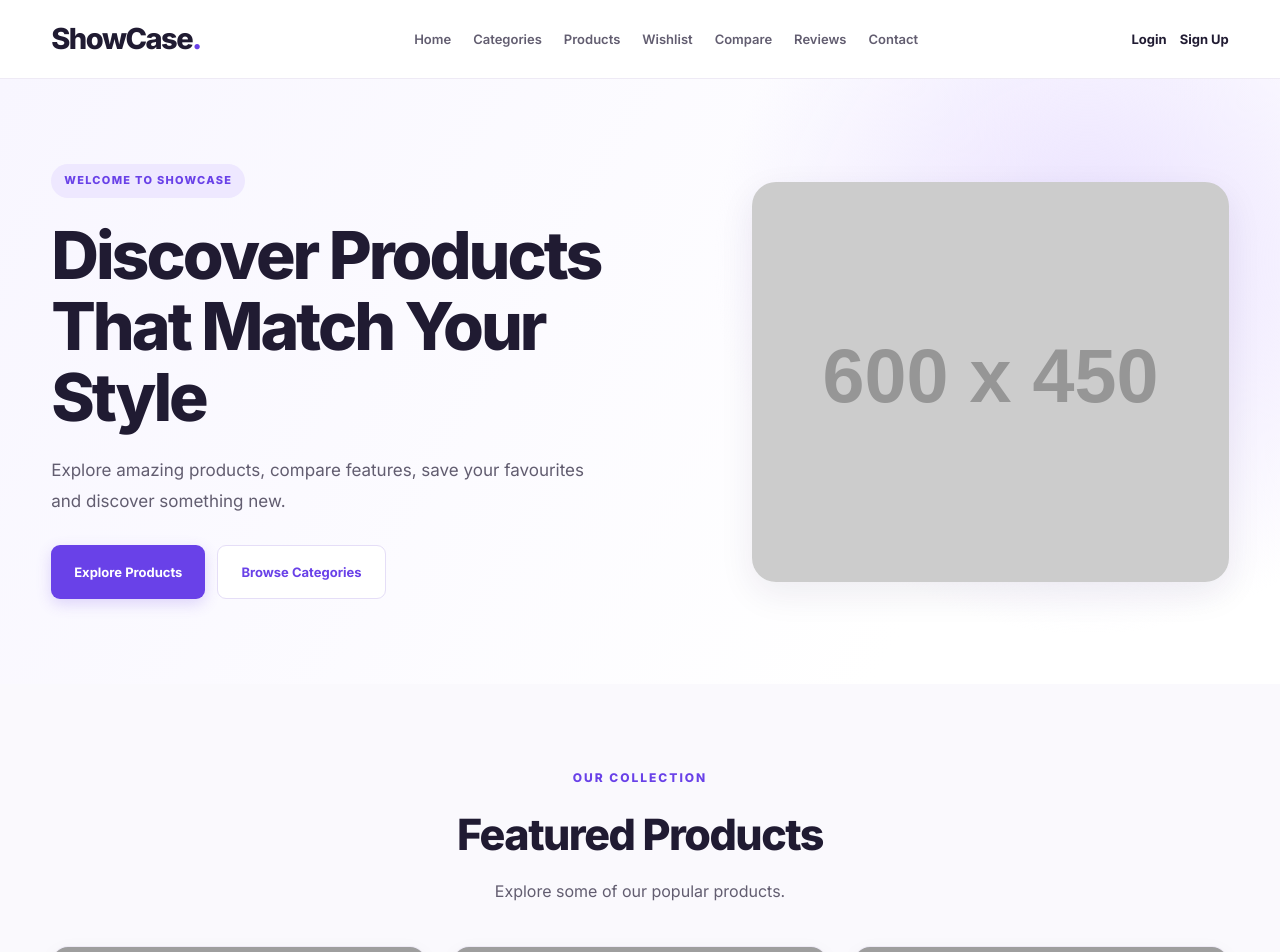
Repository: tbharati876/Product-Showcase-Platform
Page: index.html
An editor plug-in stored every save of this project. The page is shown before and after the next save, followed by the edit.
The browser window is 1280 px wide. The pictures show the part of the page from y = 0 to 952 px (the page is 2498 px tall).
Pictures or frames that could not be fetched are drawn as grey boxes.

Above is the page before, as saved 2026-11-06 22:14:58.

After the next save:
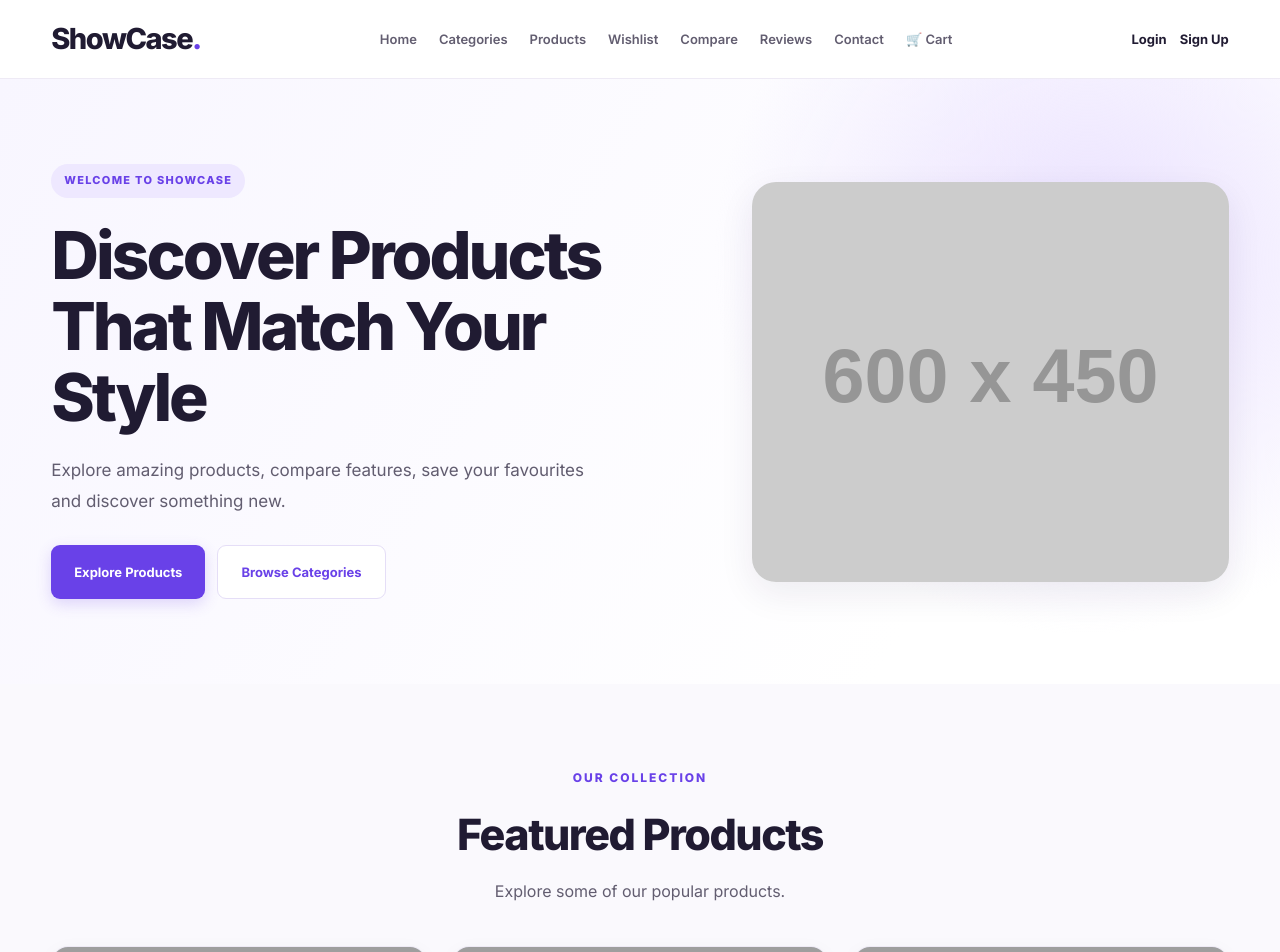
Saved 98 s later.
--- a/index.html
+++ b/index.html
@@ -29,6 +29,9 @@
                 <a href="#compare" data-section="compare">Compare</a>
                 <a href="#reviews" data-section="reviews">Reviews</a>
                 <a href="#contact" data-section="contact">Contact</a>
+                <a href="#cart" data-section="cart">
+  🛒 Cart <span class="cart-count">0</span>
+</a>
             </nav>
 
             <div id="authLinks" class="auth-links">
